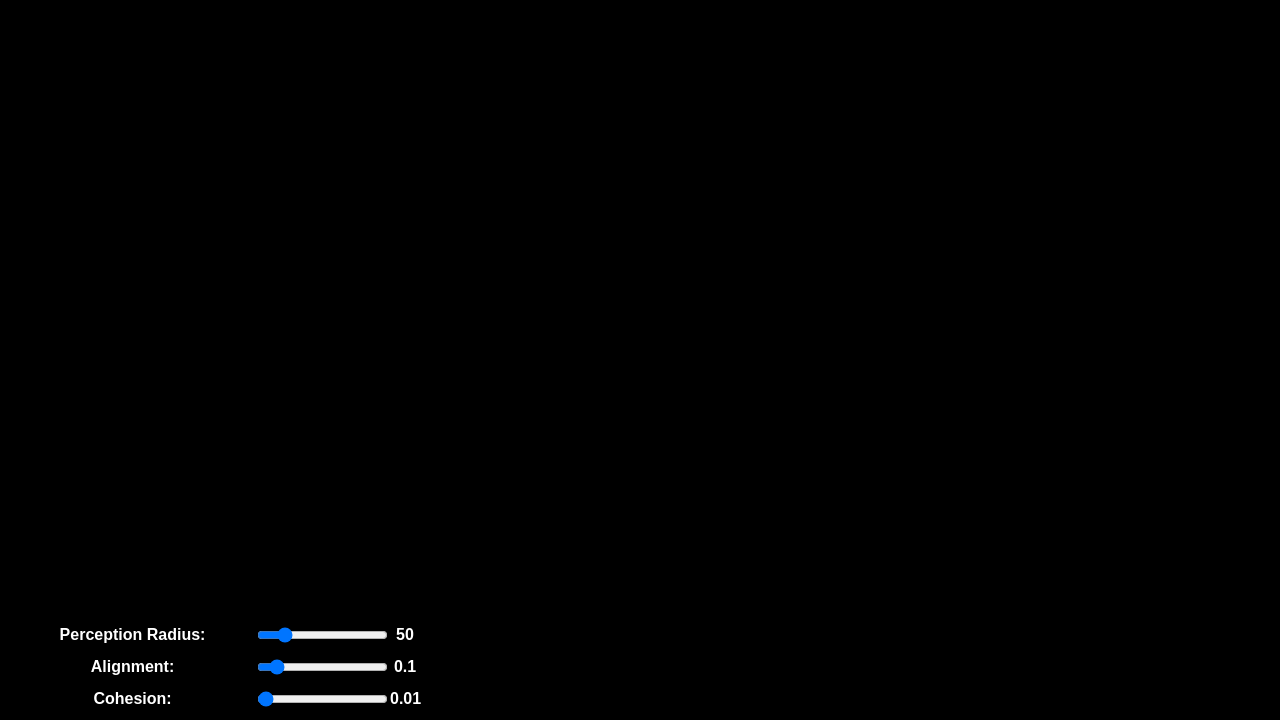
Repository: eltonsampaio12/boids
Page: index.html
An editor plug-in stored every save of this project. The page is shown before and after the next save, followed by the edit.
The browser window is 1280 px wide. The pictures show the whole page.

Above is the page before, as saved 2024-02-01 13:08:32.
Not found: main.ts

After the next save:
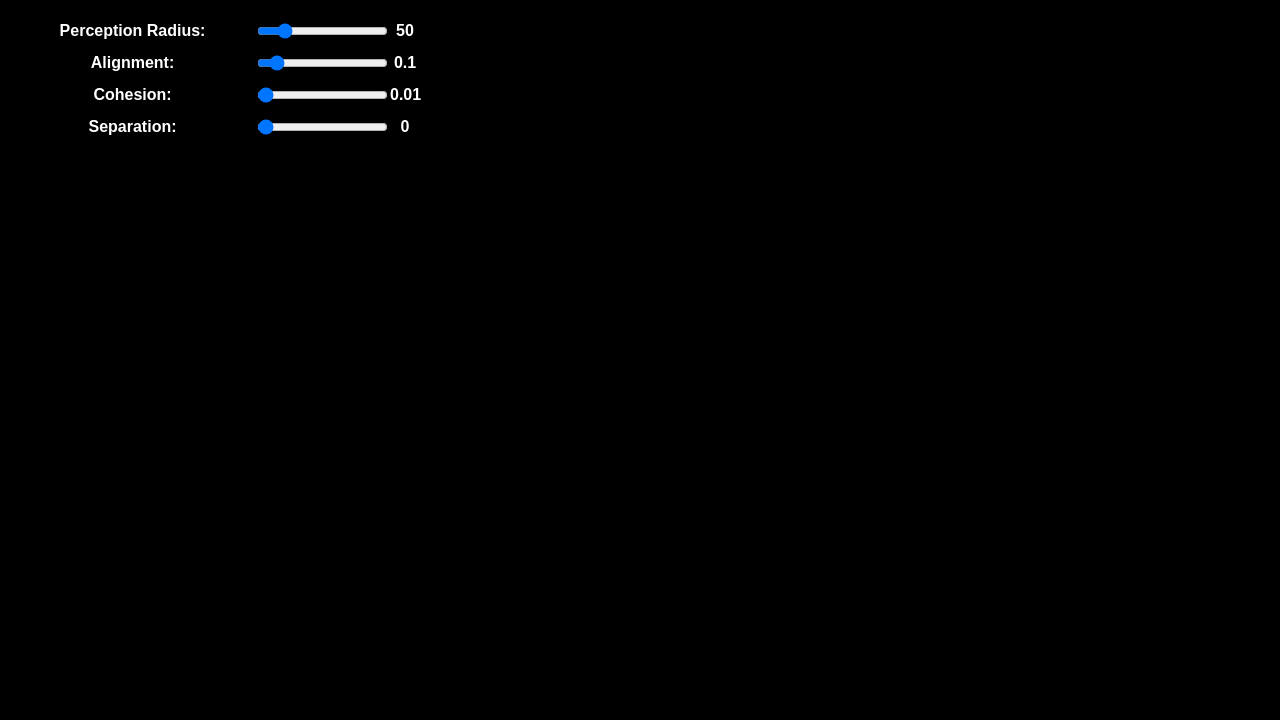
Saved 13 s later.
--- a/index.html
+++ b/index.html
@@ -14,10 +14,14 @@
 
       .container {
         position: fixed;
+        top: 0;
         padding: 20px;
         border-radius: 8px;
         box-shadow: 0 4px 8px rgba(0, 0, 0, 0.1);
         text-align: center;
+        display: flex;
+        flex-direction: column;
+        align-items: end;
       }
 
       .parameterParent {
